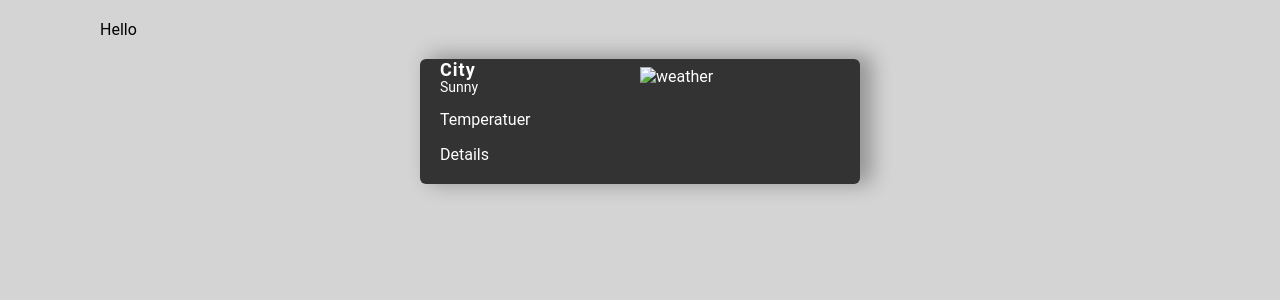
Repository: sedat-akdogan/React_Weather
Page: / (app in london_weather/)
An editor plug-in stored every save of this project. The page is shown before and after a run of saves, followed by the edit.
The browser window is 1280 px wide. The pictures show the whole page.
The project was rebuilt for these pictures with package versions that can differ from the ones it lists, and the page was loaded fresh each time.

Above is the page before, as saved 2023-07-09 17:48:23.

After the next 2 saves:
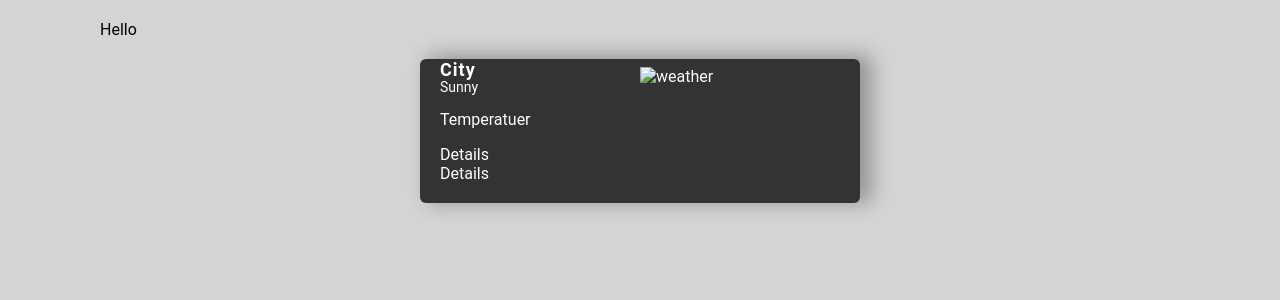
The 2 saves are shown as one change because they came seconds apart.
The last was saved 19 s later.
--- a/london_weather/src/components/current-weather/current-weather.js
+++ b/london_weather/src/components/current-weather/current-weather.js
@@ -17,6 +17,9 @@
                     <div className="parameter-row">
                         <span className="parameter-label">Details</span>
                     </div>
+                    <div className="parameter-row">
+                        <span className="parameter-label">Details</span>
+                    </div>
                 </div>
             </div>
         </div>

After the save that followed:
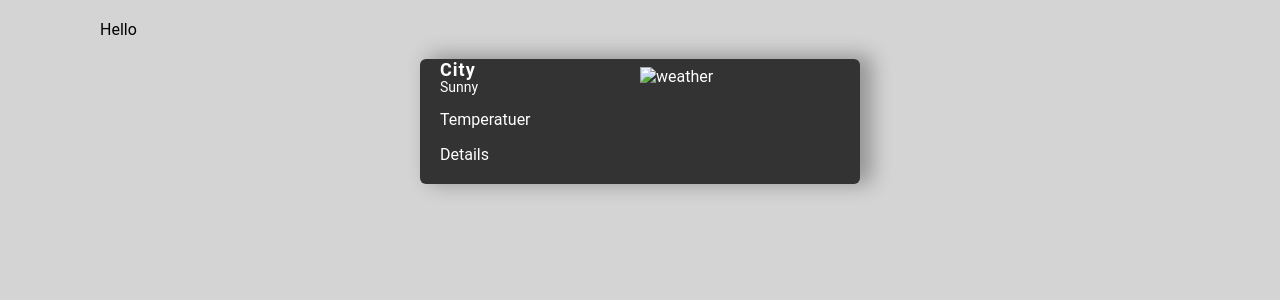
Saved 14 s later.
--- a/london_weather/src/components/current-weather/current-weather.js
+++ b/london_weather/src/components/current-weather/current-weather.js
@@ -18,7 +18,7 @@
                         <span className="parameter-label">Details</span>
                     </div>
                     <div className="parameter-row">
-                        <span className="parameter-label">Details</span>
+                        <span className="parameter-label"></span>
                     </div>
                 </div>
             </div>
